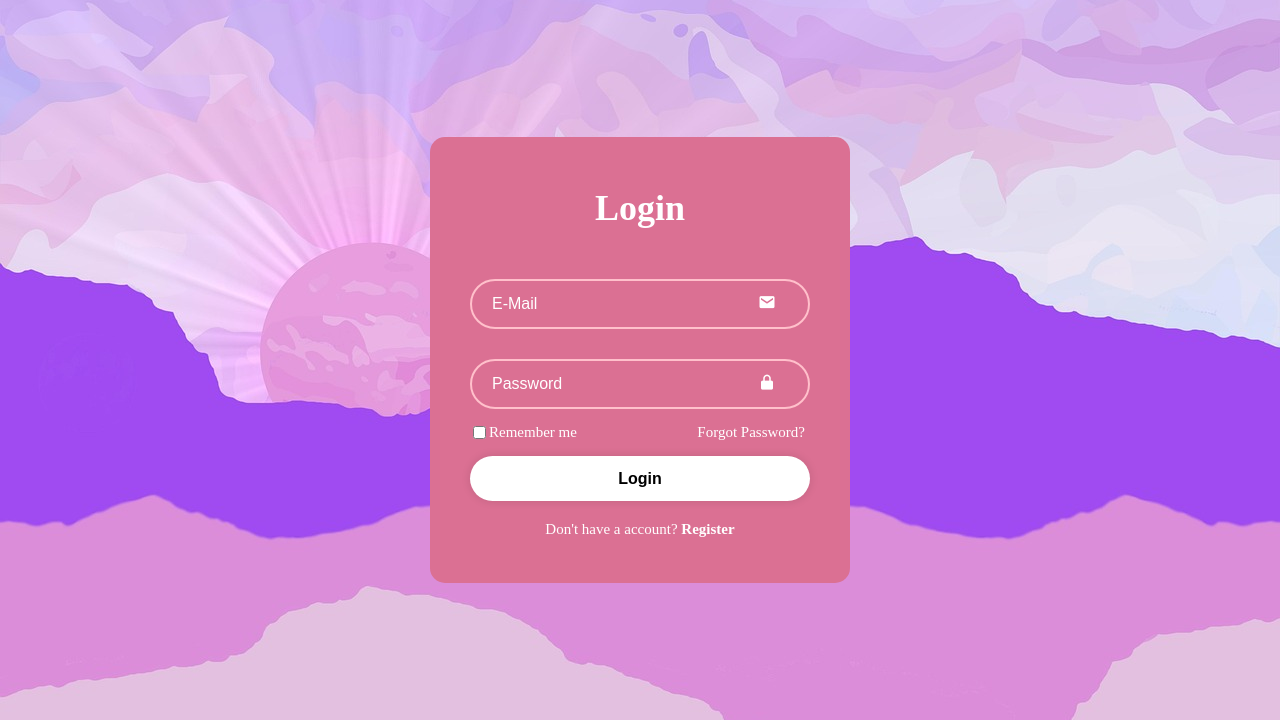
Repository: Kubraaygun/Html_Css_Login
Page: index.html
These files come from the project's save history. The page is drawn as it stood at one moment and after the next save; the edit follows.
The browser window is 1280 px wide. The pictures show the whole page.

Above is the page before, as saved 2025-03-05 21:19:23.

### index.html
<!DOCTYPE html>
<html lang="en">
  <head>
    <meta charset="UTF-8" />
    <meta name="viewport" content="width=device-width, initial-scale=1.0" />
    <title>HTML</title>
    <link rel="stylesheet" href="style.css" />

    <!-- Boxicons CSS -->

    <link
      href="https://unpkg.com/boxicons@2.1.4/css/boxicons.min.css"
      rel="stylesheet"
    />
  </head>

  <body>
    <div class="container">
      <form action="">
        <!-- Baslik -->
        <h1 class="login">Login</h1>

        <!-- input alanimiz -->

        <!-- surname -->
        <div class="input-box">
          <input type="email" required placeholder="E-Mail" />
          <i class="bx bxs-envelope"></i>
        </div>

        <!-- Password -->
        <div class="input-box">
          <input type="password" required placeholder="Password" />
          <i class="bx bxs-lock-alt"></i>
        </div>

        <!-- Remember me Alani -->
        <div class="remember-me">
          <label>
            <input class="checkbox" type="checkbox" />Remember
            <span>&nbsp;</span>me
          </label>
          <a class="forgotPassword" href="">Forgot Password?</a>
        </div>

        <!-- Button -->
        <button type="submit" class="button">Login</button>

        <!-- Register Link -->
        <div class="register-link">
          <p>
            Don't have a account? <a class="registerlink" href="#"> Register</a>
          </p>
        </div>
      </form>
    </div>
  </body>
</html>

### style.css
* {
  margin: 0;
  padding: 0;
  box-sizing: border-box;
}

body {
  display: flex;
  justify-content: center;
  align-items: center;
  min-height: 100vh; /* vh: Tarayici penceresinin yuksekligine gore yuzde olarak boyut belirler. 1vh pencere yuksekliginin %1ine esittir */
  background: url("/doga.jpg") no-repeat;
  background-size: cover;
  background-position: center;
}

.container {
  width: 420px;
  background-color: palevioletred;
  color: white;
  border-radius: 15px;
  padding: 30px 40px;
}

.login {
  font-size: 36px;
  text-align: center;
  padding: 20px 0;
}
.input-box {
  position: relative; /*Bu, elemanı normal akışta tutar ama bulunduğu yerden kaydırabilirsin.
  Diğer öğeleri etkilemez, sadece bu öğenin konumunu değiştirmek için kullanılır. Eleman normal akışta kalır, ama konumunu kaydırmanı sağlar.*/
  width: 100%;
  height: 50px;
  margin: 30px 0;
}

input {
  width: 100%;
  height: 100%;
  background-color: transparent;
  border: none;
  outline: none;
  border: 2px solid pink;
  border-radius: 30px;
  font-size: 16px;
  color: purple;
  padding: 20px;
}
input:hover {
  background-color: pink;
}
input::placeholder {
  color: #fff;
}
i {
  position: absolute; /*Bu, elemanı normal akıştan çıkarır ve en yakın konumlandırılmış üst öğe (mesela relative, absolute vb.) göre yerleştirir. Eğer böyle bir öğe yoksa, sayfanın köşesine (body) göre yerleşir.
 Öğeyi tam olarak istediğin yere yerleştirirsin, ama o öğe çevresindeki diğer öğelerden bağımsız olur. Elemanı normal akıştan çıkarıp, belirlediğin bir yere yerleştirir.*/
  right: 20px;
  padding: 14px;
  font-size: 18px;
}

.remember-me {
  display: flex;
  justify-content: space-between;
  font-size: 15px;
  margin: -15px 0 15px;
}

label {
  display: flex;
  align-items: center;
}

.checkbox {
  accent-color: purple;
  margin: 0 3px 0 3px;
}
.forgotPassword {
  color: #fff;
  text-decoration: none;
  margin-right: 5px;
}

.forgotPassword:hover {
  text-decoration: underline;
}

.button {
  width: 100%;
  height: 45px;
  background-color: #fff;
  border: none;
  outline: none;
  border-radius: 40px;
  box-shadow: 0 0 10px rgba(0, 0, 0, 0.12);
  cursor: pointer;
  font-size: 16px;
  font-weight: 600;
}

.register-link {
  font-size: 15px;
  text-align: center;
  margin: 20px 0 15px;
}

.registerlink {
  color: #fff;
  text-decoration: none;
  font-weight: 600;
}

.registerlink:hover {
  text-decoration: underline;
}

After the next save:
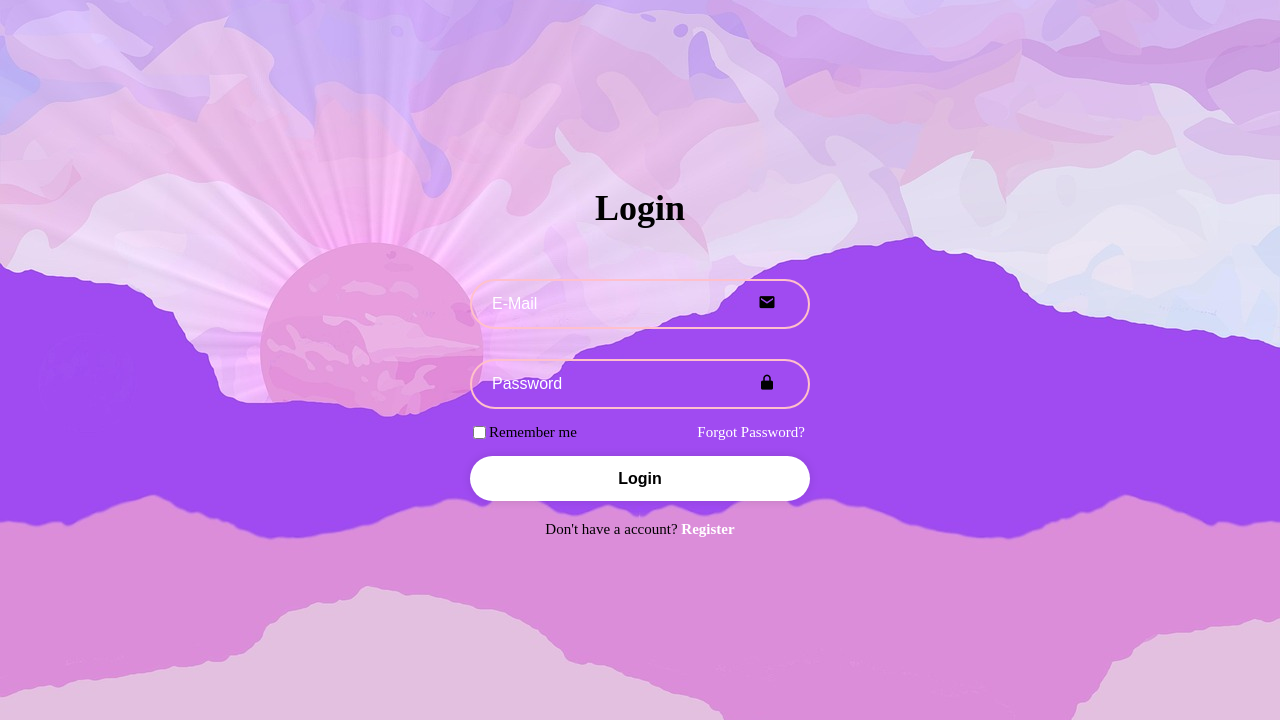
Saved 27 s later.
--- a/style.css
+++ b/style.css
@@ -16,7 +16,7 @@ body {
 
 .container {
   width: 420px;
-  background-color: palevioletred;
+  background:transparent
   color: white;
   border-radius: 15px;
   padding: 30px 40px;
